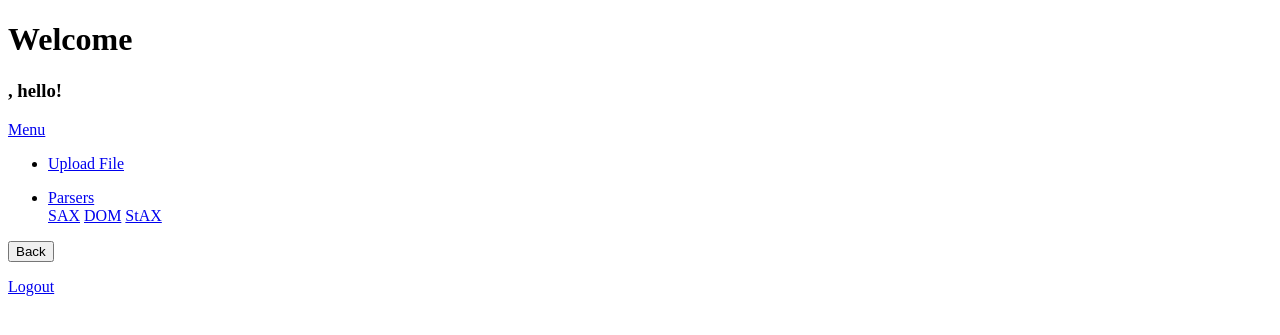
Repository: SvetlanaK367/TrainingJAVA
Page: http://localhost/FinalProject/jsp/main.jsp
An editor plug-in stored every save of this project. The page is shown before and after the next save, followed by the edit.
The browser window is 1280 px wide. The pictures show the whole page.
The page is served by Tomcat 9. Other server files are loaded and not shown.

Above is the page before, as saved 2017-04-02 19:12:34.

### FinalProject/WebContent/jsp/main.jsp
<%@ page language="java" contentType="text/html; charset=UTF-8"
    pageEncoding="UTF-8"%>
<!DOCTYPE html PUBLIC "-//W3C//DTD HTML 4.01 Transitional//EN" "http://www.w3.org/TR/html4/loose.dtd">
<html>
<head>
<meta http-equiv="Content-Type" content="text/html; charset=UTF-8">
<title>Welcome</title>
</head>
<body>
	<h1>Welcome</h1>
		<h3> ${user}, hello!</h3>

	<div class="container">
		<a class="navbar-brand" href="#">Menu</a>
		  <div class="collapse navbar-collapse" id="navbarNavDropdown">
		    <ul class="navbar-nav">
		      <li class="nav-item">
		        <a class="nav-link" href="jsp/fileUpload.jsp">Upload File</a>
		      </li>
		     </ul>
		     <ul>
		      <li class="nav-item dropdown">
		        <a class="nav-link dropdown-toggle" href="#" role="button" data-toggle="dropdown" aria-haspopup="true" aria-expanded="false">
		          Parsers
		        </a>
		        <div class="dropdown-menu">
		          <a class="dropdown-item" href="parsed?parser=SAX">SAX</a>
		          <a class="dropdown-item" href="parsed?parser=DOM">DOM</a>
		          <a class="dropdown-item" href="parsed?parser=STAX">StAX</a>
		        </div>
		      </li>
		    </ul>
		  </div>
			<form action="index.jsp">
				<input class="btn btn-primary" type="submit" value="Back">
			</form>
	</div>


	<p style="color:red"><a href="controller?command=logout">Logout</a></p>
</body>
</html>

After the next save:
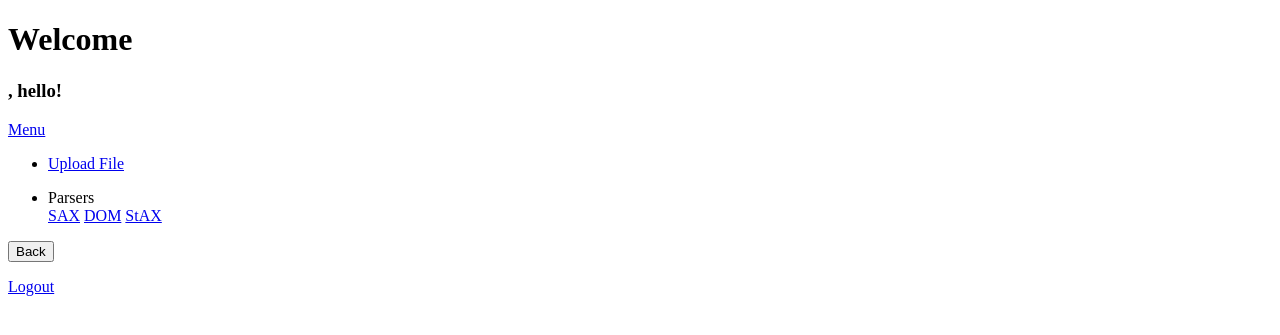
Saved 35 s later.
--- a/FinalProject/WebContent/jsp/main.jsp
+++ b/FinalProject/WebContent/jsp/main.jsp
@@ -20,9 +20,7 @@
 		     </ul>
 		     <ul>
 		      <li class="nav-item dropdown">
-		        <a class="nav-link dropdown-toggle" href="#" role="button" data-toggle="dropdown" aria-haspopup="true" aria-expanded="false">
 		          Parsers
-		        </a>
 		        <div class="dropdown-menu">
 		          <a class="dropdown-item" href="parsed?parser=SAX">SAX</a>
 		          <a class="dropdown-item" href="parsed?parser=DOM">DOM</a>
